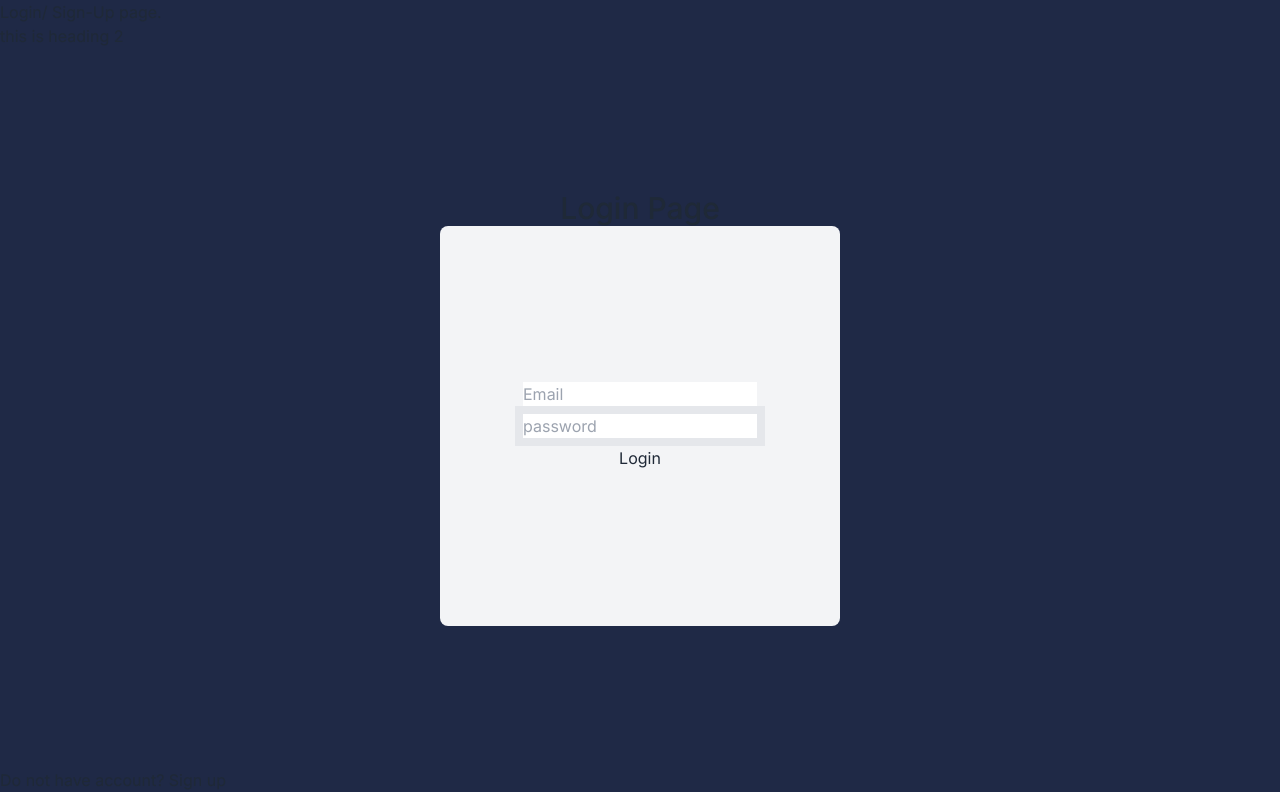
Repository: its-kundan/food-on-time
Page: /restaurant
The author's editor kept a copy of each file at every save. The page is drawn from the files as they stood at one save, then again after a run of saves.
The browser window is 1280 px wide. The pictures show the whole page.
The project was rebuilt for these pictures with package versions that can differ from the ones it lists, and the page was loaded fresh each time. The framework's server and built-in components were replaced by stand-ins that run in the browser. Also part of the build but not shown: next.config.mjs, src/app/_components/SignUp.jsx.

Above is the page before, as saved 2024-07-24 23:47:58.

After the next 2 saves:
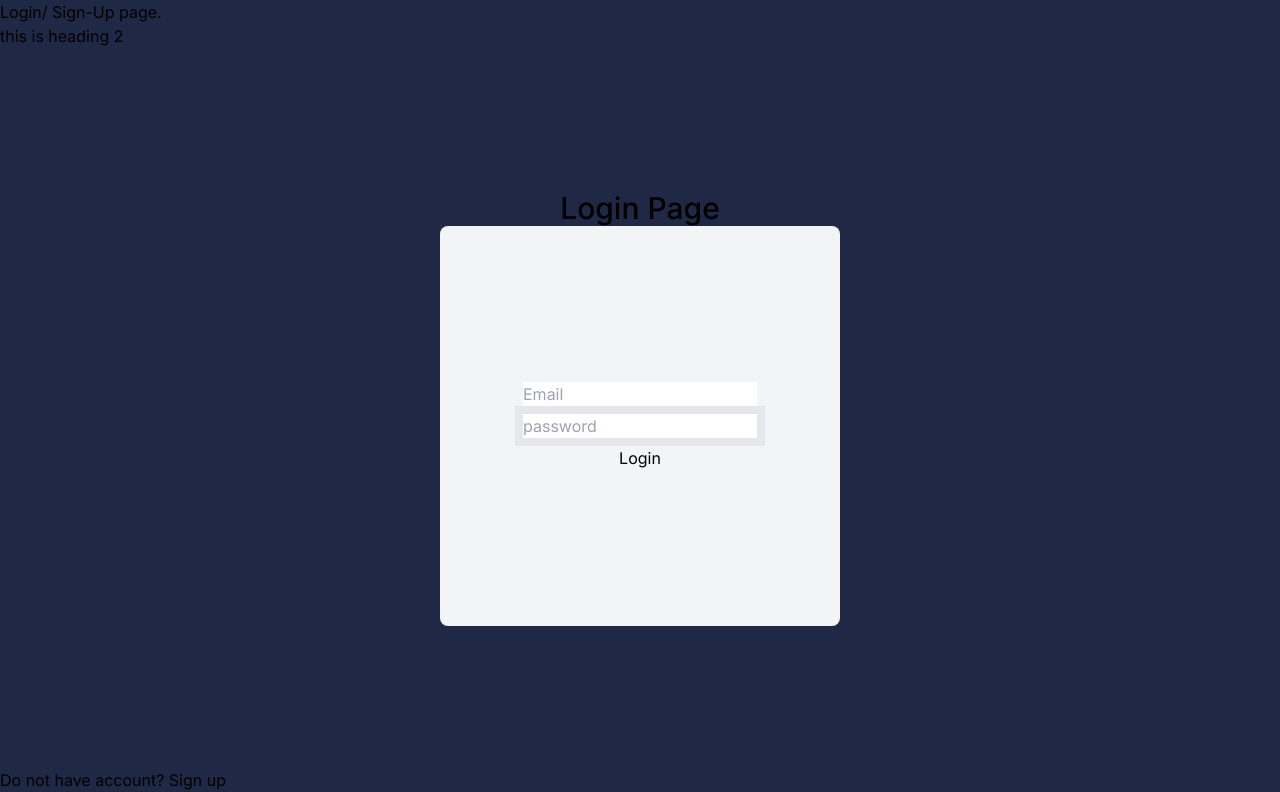
The 2 saves are shown as one change because they came seconds apart.
The last was saved 59 s later.
--- a/src/app/globals.css
+++ b/src/app/globals.css
@@ -3,7 +3,6 @@
 @tailwind utilities;
 body{
   background-color: rgb(31, 41, 70); /* For background color */
-  color: rgb(31, 41, 55); /* For text color */
 
 }
 /*
